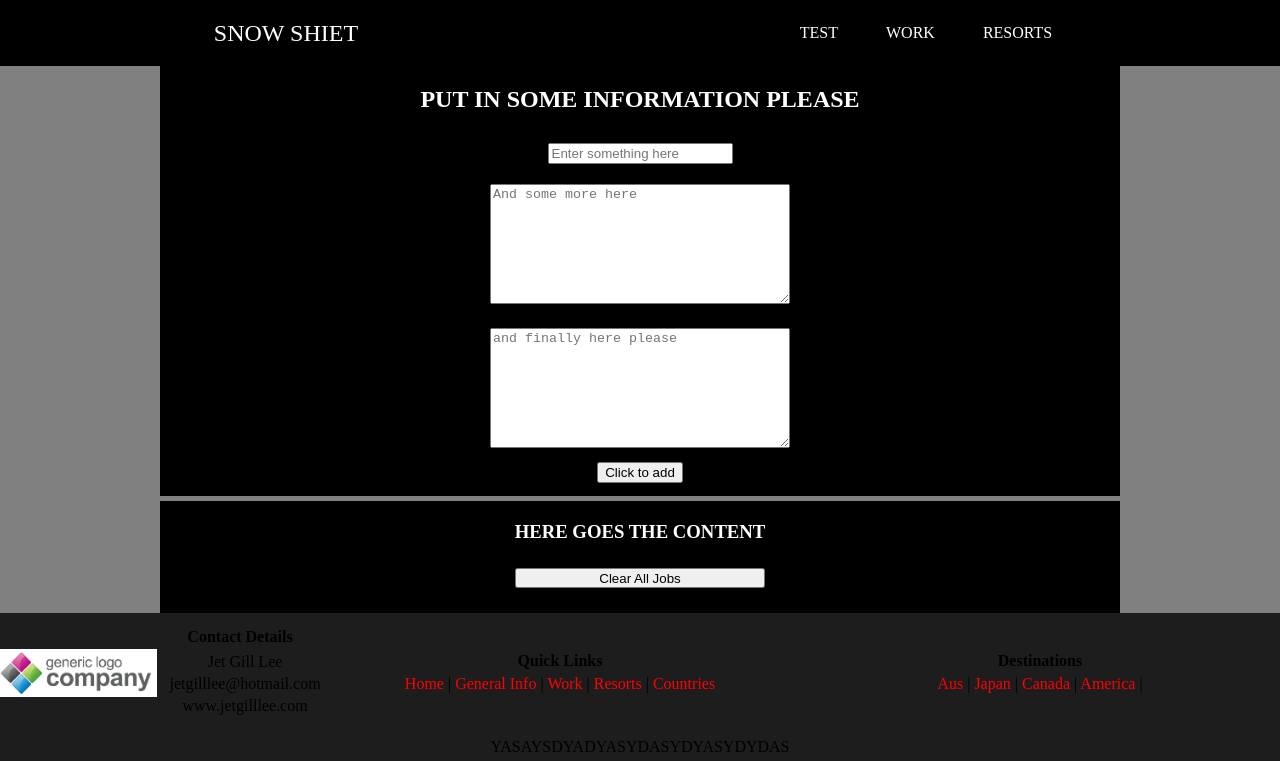
Repository: Jet-Gill-Lee/SnowSite
Page: submit-stuff.html
The author's editor kept a copy of each file at every save. The page is drawn from the files as they stood at one save, then again after a run of saves.
The browser window is 1280 px wide. The pictures show the whole page.

Above is the page before, as saved 2021-07-24 23:26:58.

After the next 3 saves:
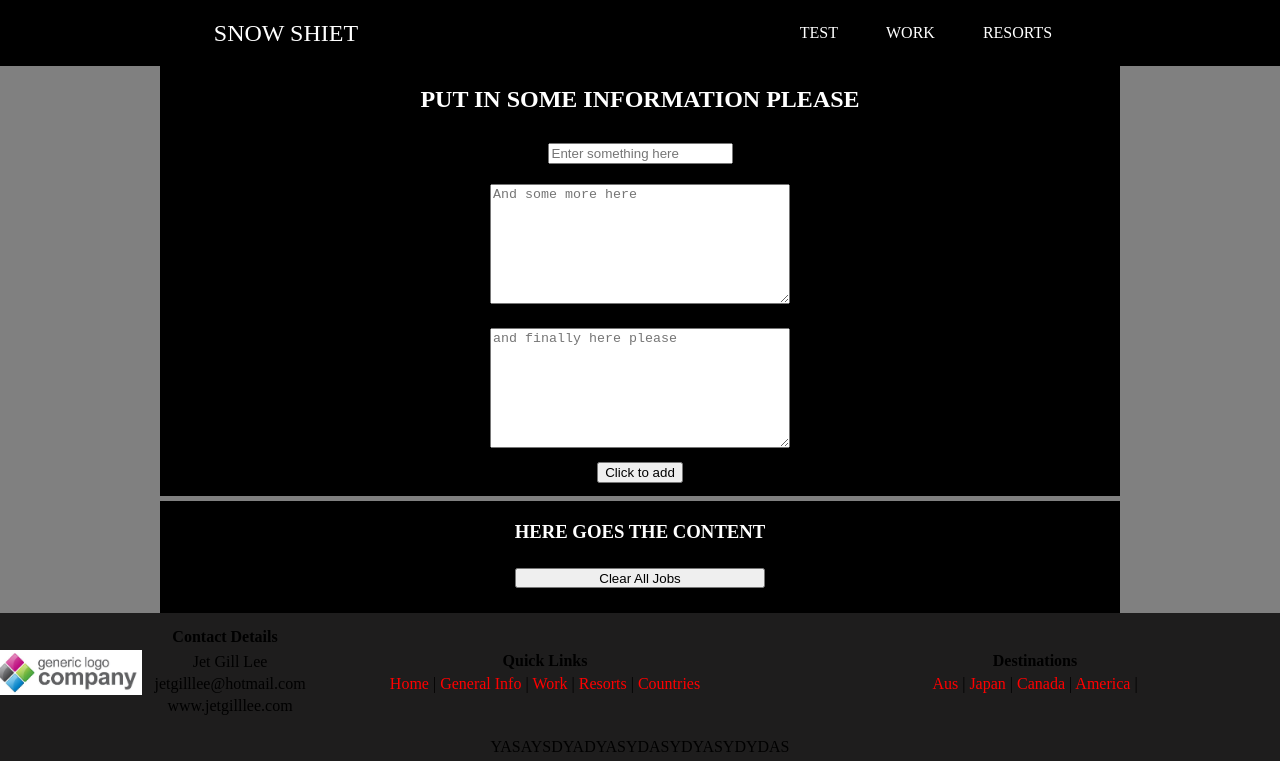
The 3 saves are shown as one change because they came seconds apart.
The last was saved 81 s later.
--- a/css/stylesheet.css
+++ b/css/stylesheet.css
@@ -93,7 +93,7 @@ body {
   justify-content: center;
   min-height: 120px;
   text-align: center;
-  flex: 1.5;
+  flex: 10;
 }
 .footer-flex-item.contact {
   flex: 1;
